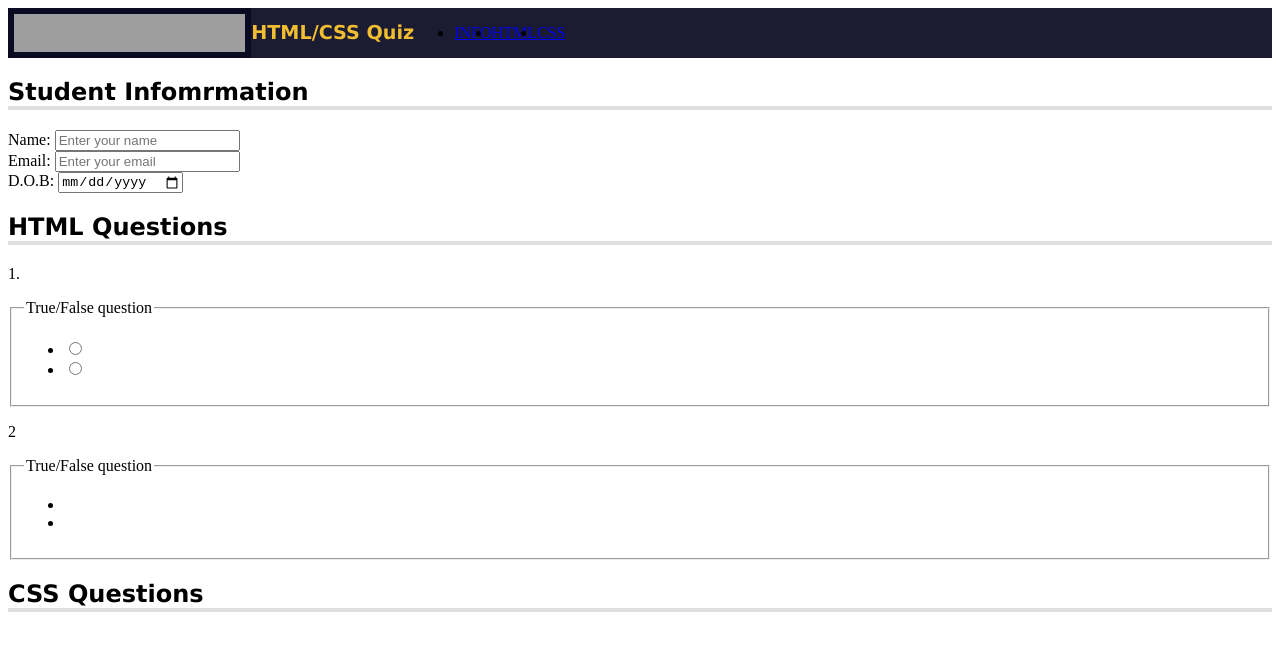
Repository: Lungdjos/accessibility_build_quiz
Page: index.html
An editor plug-in stored every save of this project. The page is shown before and after a run of saves, followed by the edit.
The browser window is 1280 px wide. The pictures show the whole page.
Pictures or frames that could not be fetched are drawn as grey boxes.

Above is the page before, as saved 2023-10-28 11:25:54.

### index.html
<!DOCTYPE html>
<html lang="en">

<head>
    <meta charset="UTF-8">
    <meta name="viewport" content="width=device-width, initial-scale=1.0">
    <meta name="description" content="Accessibility">
    <title>HTML/CSS Test Quiz</title>
    <link rel="stylesheet" href="styles.css">
</head>

<body>
    <header>
        <img src="https://cdn.freecodecamp.org/platform/universal/fcc_primary.svg" alt="" id="logo">
        <h1>HTML/CSS Quiz</h1>
        <nav>
            <ul>
                <li>
                    <a href="#student-info">info</a></li>
                <li>
                    <a href="#html-questions">html</a></li>
                <li>
                    <a href="#css-questions">css</a></li>
            </ul>
        </nav>
    </header>
    <main>
        <form action="https://freecodecamp.org/practice-project/accessibility-quiz" method="post">
            <section role="region" aria-labelledby="student-info">
                <h2 id="student-info">Student Infomrmation</h2>
                <div class="info">
                    <label for="student-name">
                        Name:
                    </label><input type="text" name="name" id="student-name" placeholder="Enter your name">
                </div>
                <div class="info">
                    <label for="student-email">
                        Email:
                    </label><input type="email" name="email" id="student-email" placeholder="Enter your email">
                </div>
                <div class="info">
                    <label for="birth-date">
                        D.O.B:<span class="sr-only">(Date of Birth)</span>
                    </label><input type="date" name="dob" id="birth-date">
                </div>
            </section>

            <section role="region" aria-labelledby="html-questions">
                <h2 id="html-questions">HTML Questions</h2>
                <div class="question-block">
                    <p>1.</p>
                    <fieldset name="first-question" class="question">
                        <legend>True/False question</legend>
                        <ul class="answers-list">
                            <li>
                                <label for="">
                                    <input type="radio" name="" id="">
                                </label>
                            </li>
                            <li>
                                <label for="">
                                    <input type="radio" name="" id="">
                                </label>
                            </li>
                        </ul>
                    </fieldset>
                </div>
                <div class="question-block">
                    <p>2</p>
                    <fieldset name="second-question" class="question">
                        <legend>True/False question</legend>
                        <ul class="answers-list">
                            <li></li>
                            <li></li>
                        </ul>
                    </fieldset>
                </div>
            </section>

            <section role="region" aria-labelledby="css-questions">
                <h2 id="css-questions">CSS Questions</h2>
            </section>
        </form>
    </main>
</body>

</html>

### styles.css
#logo {
    width: max(100px, 18vw);
    background-color: #0a0a23;
    aspect-ratio: 35/4;
    padding: .4rem;
}

header {
    display: flex;
    background-color: #1b1b32;
    height: 50px;
    width: 100%;
}

h1 {
    color: #f1be32;
    font-size: min(5vw, 1.2em);
}

nav>ul {
    text-transform: uppercase;
    justify-content: space-evenly;
    display: flex;
}

h1,
h2 {
    font-family: Verdana, sans-serif;
}

h2 {
    border-bottom: 4px solid #dfdfe2;
}

.sr-only {
    position: absolute;
    width: 1px;
    height: 1px;
    padding: 0;
    margin: -1px;
    overflow: hidden;
    clip: rect(0, 0, 0, 0);
    white-space: nowrap;
    border: 0;
}

After the next 2 saves:
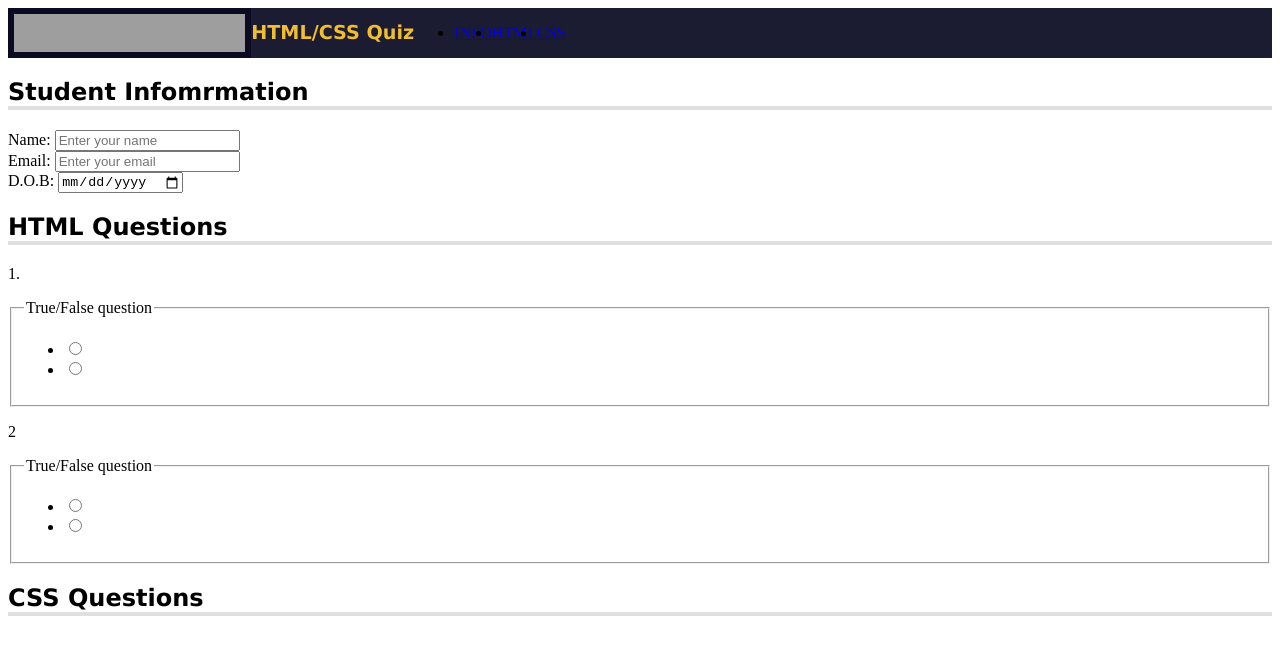
The 2 saves are shown as one change because they came seconds apart.
The last was saved 9 s later.
--- a/index.html
+++ b/index.html
@@ -70,8 +70,16 @@
                     <fieldset name="second-question" class="question">
                         <legend>True/False question</legend>
                         <ul class="answers-list">
-                            <li></li>
-                            <li></li>
+                            <li>
+                                <label for="">
+                                    <input type="radio" name="" id="">
+                                </label>
+                            </li>
+                            <li>
+                                <label for="">
+                                    <input type="radio" name="" id="">
+                                </label>
+                            </li>
                         </ul>
                     </fieldset>
                 </div>
